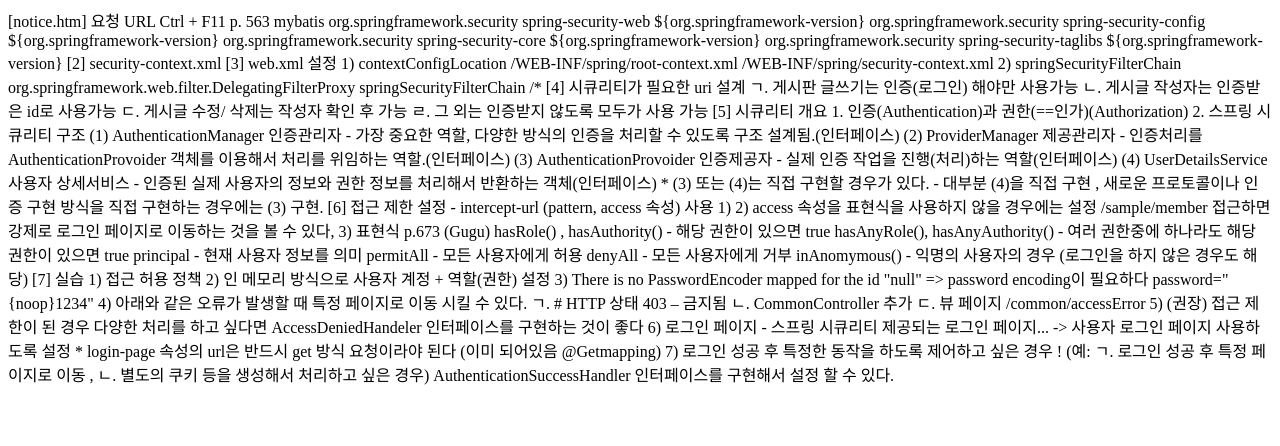
Repository: Vida0822/-
Page: SL11_SECURITY/src/main/webapp/customer/notice.htm
These files come from the project's save history. The page is drawn as it stood at one moment and after the next save; the edit follows.
The browser window is 1280 px wide. The pictures show the whole page.

Above is the page before, as saved 2023-07-04 03:14:59.

### SL11_SECURITY/src/main/webapp/customer/notice.htm
[notice.htm] 요청 URL
Ctrl + F11

p. 563 mybatis



<dependency>
		<groupId>org.springframework.security</groupId>
		<artifactId>spring-security-web</artifactId>
		<version>${org.springframework-version}</version>
	</dependency>
<!--beans 설정 버전까지 한글자 한글자 세팅 제대로 해야함 -->

	<dependency>
		<groupId>org.springframework.security</groupId>
		<artifactId>spring-security-config</artifactId>
		<version>${org.springframework-version}</version>
	</dependency>

	<dependency>
		<groupId>org.springframework.security</groupId>
		<artifactId>spring-security-core</artifactId>
		<version>${org.springframework-version}</version>
	</dependency>

	<!-- https://mvnrepository.com/artifact/org.springframework.security/spring-security-taglibs -->
	<dependency>
		<groupId>org.springframework.security</groupId>
		<artifactId>spring-security-taglibs</artifactId>
		<version>${org.springframework-version}</version>
	</dependency>


[2] security-context.xml
<security:http pattern="/static/**" security="none"></security:http>
<security:http pattern="/design/**" security="none"></security:http>

<security:http>
   <security:form-login/>
</security:http>

<security:authentication-manager>
</security:authentication-manager>
<!-- AithenticationManager 인증 관리자 : 가장 중요한 역할, 다양한 방식의 인증을 처리할 수 있도록 구조 설계됨(인터페이스)  -->


[3] web.xml 설정
1)
<context-param>
  <param-name>contextConfigLocation</param-name>
  <param-value>
     /WEB-INF/spring/root-context.xml
     /WEB-INF/spring/security-context.xml
  </param-value>
</context-param>


2)
<filter>
  <filter-name>springSecurityFilterChain</filter-name>
  <filter-class>org.springframework.web.filter.DelegatingFilterProxy</filter-class>
</filter>
<filter-mapping>
      <filter-name>springSecurityFilterChain</filter-name>
      <url-pattern>/*</url-pattern>
</filter-mapping>




[4] 시큐리티가 필요한 uri 설계
   	ㄱ. 게시판 글쓰기는 인증(로그인) 해야만 사용가능
   	ㄴ. 게시글 작성자는 인증받은 id로 사용가능
   	ㄷ. 게시글 수정/ 삭제는 작성자 확인 후 가능
   	ㄹ. 그 외는 인증받지 않도록 모두가 사용 가능



[5] 시큐리티 개요

   1. 인증(Authentication)과 권한(==인가)(Authorization)

   2. 스프링 시큐리티 구조
      (1) AuthenticationManager 인증관리자 - 가장 중요한 역할, 다양한 방식의 인증을 처리할 수 있도록 구조 설계됨.(인터페이스)
      (2) ProviderManager 제공관리자 - 인증처리를 AuthenticationProvoider 객체를 이용해서 처리를 위임하는 역할.(인터페이스)
      (3) AuthenticationProvoider 인증제공자 - 실제 인증 작업을 진행(처리)하는 역할(인터페이스)
      (4) UserDetailsService 사용자 상세서비스 - 인증된 실제 사용자의 정보와 권한 정보를 처리해서 반환하는 객체(인터페이스)

      * (3) 또는 (4)는 직접 구현할 경우가 있다.

        - 대부분 (4)을 직접 구현 , 새로운 프로토콜이나 인증 구현 방식을 직접 구현하는 경우에는 (3) 구현.



[6] 접근 제한 설정 - intercept-url (pattern, access  속성) 사용
1)
<http>
	<intercept-url pattern="url패턴" access="권한 체크(권한명, 표현식)"/>
</http>
2) access 속성을 표현식을 사용하지 않을 경우에는 <http use-expression = false> 설정

/sample/member 접근하면 강제로 로그인 페이지로 이동하는 것을 볼 수 있다,

3) 표현식  p.673 (Gugu)
hasRole() , hasAuthority() - 해당 권한이 있으면 true
hasAnyRole(), hasAnyAuthority() - 여러 권한중에 하나라도 해당 권한이 있으면 true
principal - 현재 사용자 정보를 의미
permitAll - 모든 사용자에게 허용
denyAll - 모든 사용자에게 거부
inAnomymous() - 익명의 사용자의 경우 (로그인을 하지 않은 경우도 해당)



[7] 실습

1) 접근 허용 정책
	<security:intercept-url pattern="/customer/noticeReg.htm" access="isAuthenticated()" />
	<security:intercept-url pattern="/customer/noticeDel.htm" access="hasRole('ROLE_ADMIN')" />
	<security:intercept-url pattern="/**" access="permitAll"/>

2) 인 메모리 방식으로 사용자 계정 + 역할(권한) 설정
	<security:authentication-manager>
	<security:authentication-provider> <!-- 실제 인증을 처리하는 객체 -->
		<security:user-service>
			<security:user name="hong" authorities="ROLE_USER" password="1234"/>
			<security:user name="admin" authorities="ROLE_USER, ROLE_ADMIN, ROLE_MANAGER" password="1234"/>
		</security:user-service>
	</security:authentication-provider>
</security:authentication-manager>

3) There is no PasswordEncoder mapped for the id "null"
=> password encoding이 필요하다
password="{noop}1234"





4) 아래와 같은 오류가 발생할 때 특정 페이지로 이동 시킬 수 있다.

ㄱ.
# HTTP 상태 403 – 금지됨
 <security:access-denied-handler error-page="/common/accessError.htm"/>

ㄴ. CommonController 추가
ㄷ. 뷰 페이지 /common/accessError


5) (권장) 접근 제한이 된 경우 다양한 처리를 하고 싶다면 AccessDeniedHandeler 인터페이스를 구현하는 것이 좋다

6) 로그인 페이지 - 스프링 시큐리티 제공되는 로그인 페이지...
   -> 사용자 로그인 페이지 사용하도록 설정

   <security:form-login login-page="/joinus.login.htm"/>

* login-page 속성의 url은 반드시 get 방식 요청이라야 된다 (이미 되어있음 @Getmapping)


7) 로그인 성공 후 특정한 동작을 하도록 제어하고 싶은 경우 !
(예: ㄱ. 로그인 성공 후 특정 페이지로 이동 , ㄴ. 별도의 쿠키 등을 생성해서 처리하고 싶은 경우)
AuthenticationSuccessHandler 인터페이스를 구현해서 설정 할 수 있다.

After the next save:
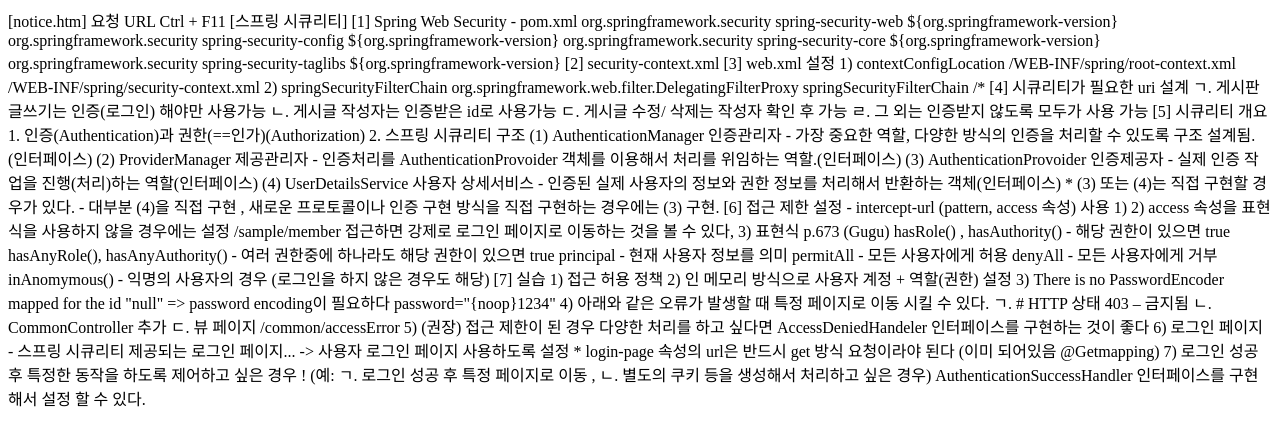
Saved 117 s later.
--- a/SL11_SECURITY/src/main/webapp/customer/notice.htm
+++ b/SL11_SECURITY/src/main/webapp/customer/notice.htm
@@ -1,9 +1,11 @@
 [notice.htm] 요청 URL
 Ctrl + F11
 
-p. 563 mybatis
 
 
+
+[스프링 시큐리티]
+[1] Spring Web Security - pom.xml
 
 <dependency>
 		<groupId>org.springframework.security</groupId>
